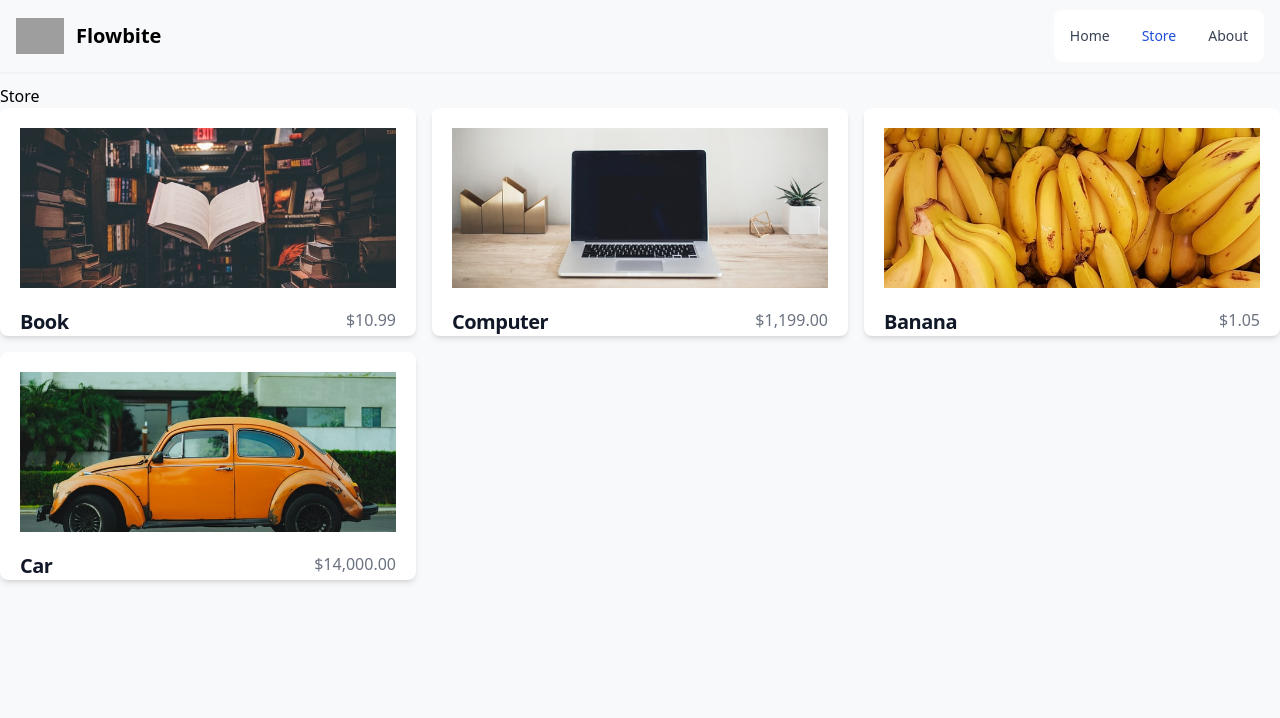
Repository: ducanhaep/react-ts-shopping-cart
Page: /store
These files come from the project's save history. The page is drawn as it stood at one moment and after the next save; the edit follows.
The browser window is 1280 px wide. The pictures show the whole page.
Pictures or frames that could not be fetched are drawn as grey boxes. The project was rebuilt for these pictures with package versions that can differ from the ones it lists, and the page was loaded fresh each time. Also part of the build but not shown: vite.config.ts, src/pages/About.js, src/pages/Home.js.

Above is the page before, as saved 2023-01-11 19:51:34.

After the next save:
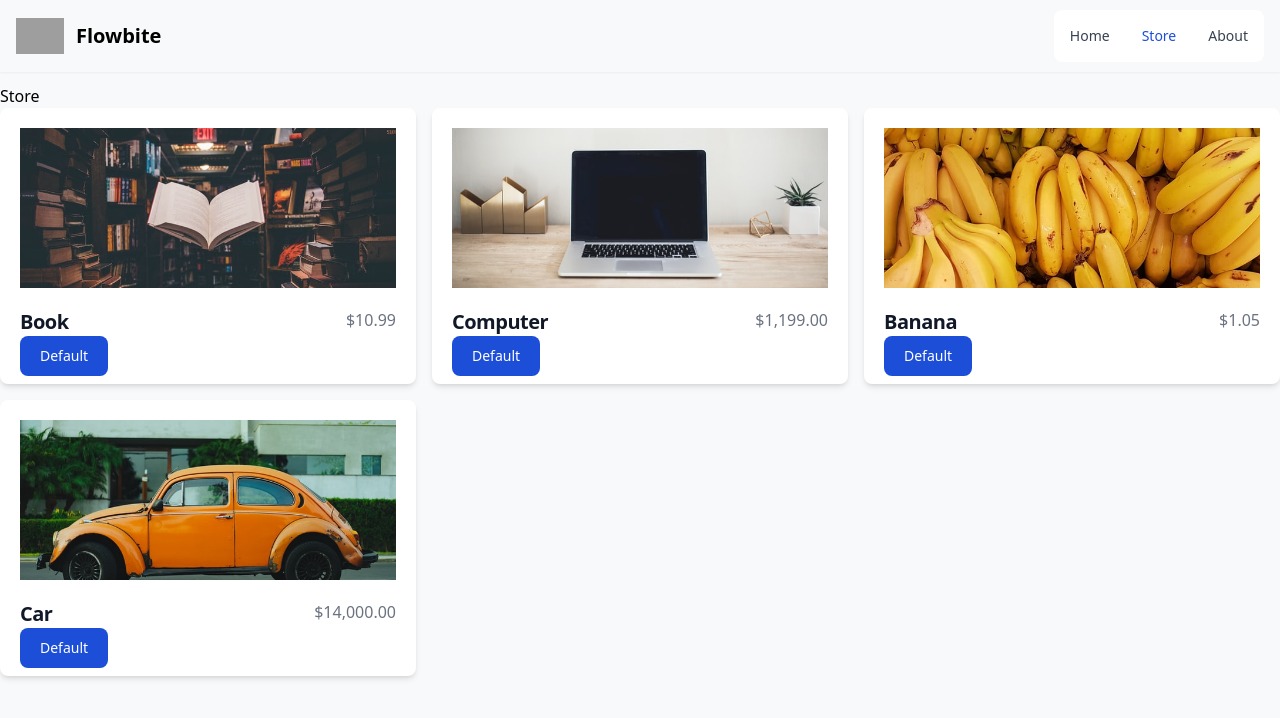
Saved 4 min 22 s later.
--- a/src/components/StoreItem.tsx
+++ b/src/components/StoreItem.tsx
@@ -8,6 +8,7 @@ interface StoreItemProps {
   imgUrl: string;
 }
 export function StoreItem({ id, name, price, imgUrl }: StoreItemProps) {
+  const quantity = 0;
   return (
     <div className="w-full bg-white rounded-lg shadow-md">
       <div className="">
@@ -28,6 +29,16 @@ export function StoreItem({ id, name, price, imgUrl }: StoreItemProps) {
           </Link>
           <p className="text-gray-500 font-medium">{formatCurrency(price)}</p>
         </div>
+        <div className="">
+          {quantity === 0 ? (
+            <button
+              type="button"
+              className="text-white bg-blue-700 hover:bg-blue-800 focus:ring-4 focus:ring-blue-300 font-medium rounded-lg text-sm px-5 py-2.5 mr-2 mb-2 dark:bg-blue-600 dark:hover:bg-blue-700 focus:outline-none dark:focus:ring-blue-800"
+            >
+              Default
+            </button>
+          ) : null}
+        </div>
       </div>
     </div>
   );
